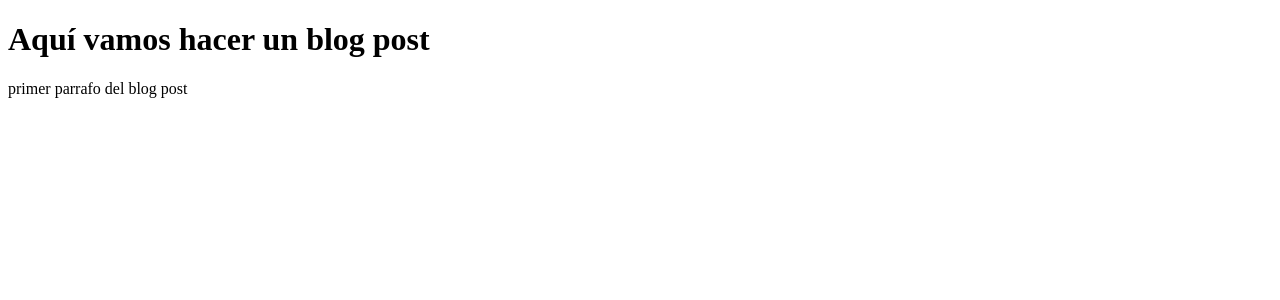
Repository: Areinomora/hiperblog
Page: blogpost.html
These files come from the project's save history. The page is drawn as it stood at one moment and after a run of saves; the edit follows.
The browser window is 1280 px wide. The pictures show the whole page.

Above is the page before, as saved 2022-12-20 21:33:55.

After the next 2 saves:
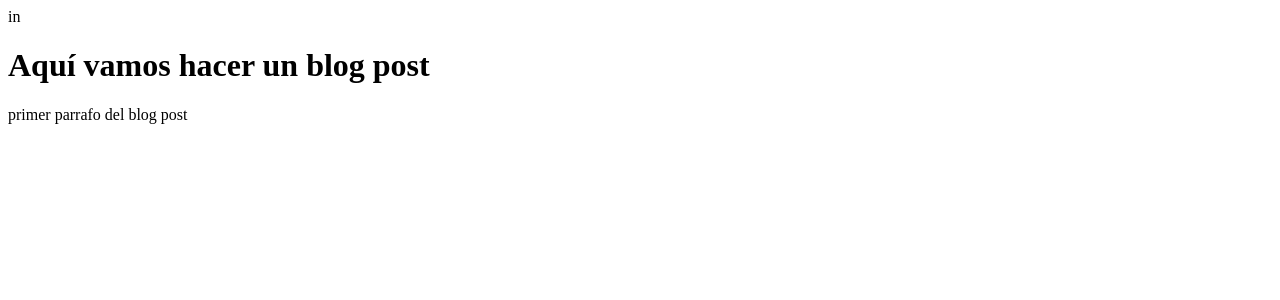
The 2 saves are shown as one change because they came seconds apart.
The last was saved 54 s later.
--- a/blogpost.html
+++ b/blogpost.html
@@ -5,6 +5,7 @@
     <meta http-equiv="X-UA-Compatible" content="IE=edge">
     <meta name="viewport" content="width=device-width, initial-scale=1.0">
     <title>Titulo del blog post</title>
+    in
 </head>
 <body>
     <h1>Aquí vamos hacer un blog post</h1>

After the 2 saves that followed:
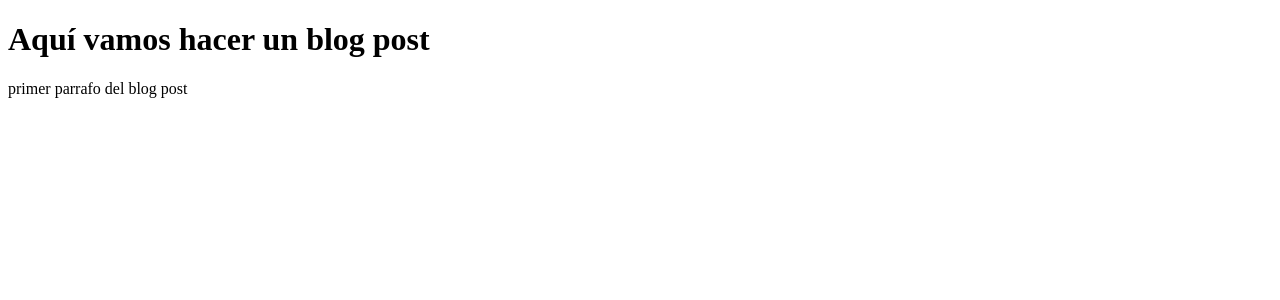
The 2 saves are shown as one change because they came seconds apart.
The last was saved 5 s later.
--- a/blogpost.html
+++ b/blogpost.html
@@ -5,7 +5,7 @@
     <meta http-equiv="X-UA-Compatible" content="IE=edge">
     <meta name="viewport" content="width=device-width, initial-scale=1.0">
     <title>Titulo del blog post</title>
-    in
+    <link rel="stylesheet" href="">
 </head>
 <body>
     <h1>Aquí vamos hacer un blog post</h1>
